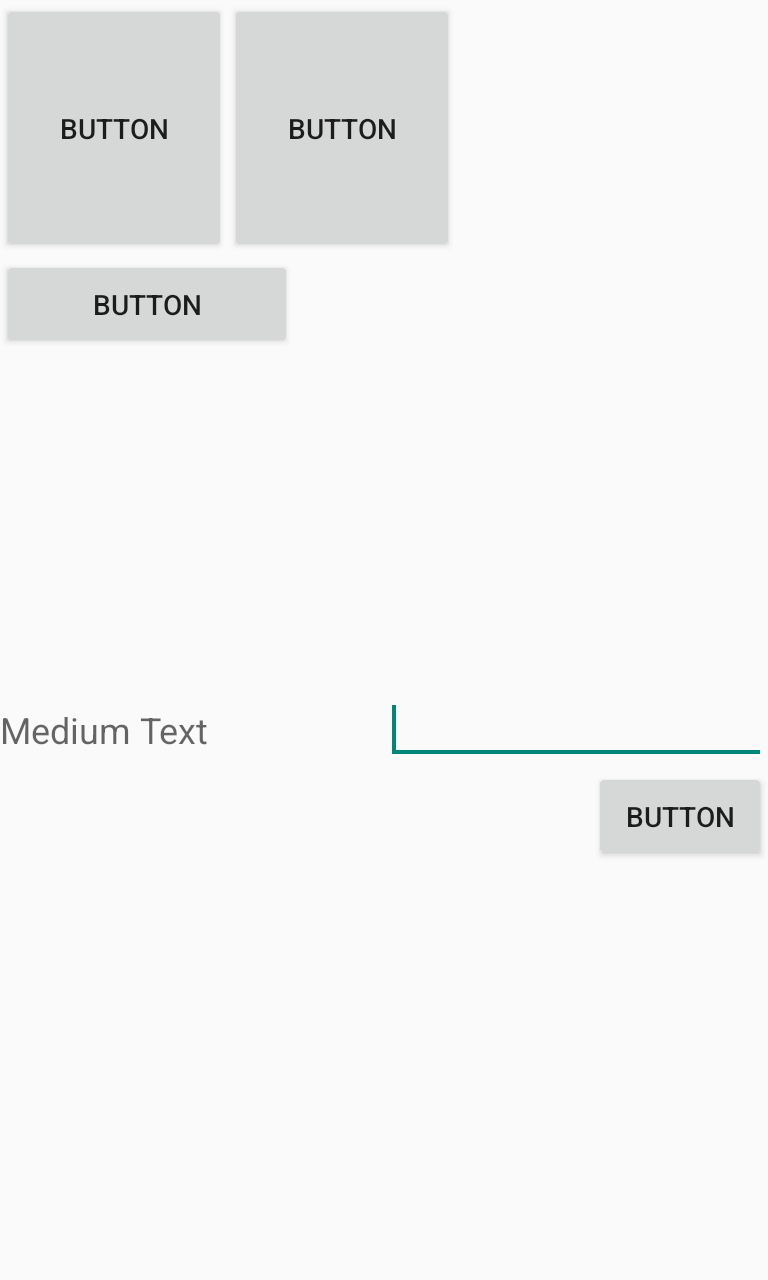
Repository: RibuRoyson/exercise
Layout: Excercise3/res/layout/linear5.xml
These files come from the project's save history. The layout is drawn as it stood at one moment and after the next save; the edit follows.
It is drawn on a 768 x 1280 px phone screen (xhdpi) without system bars, with theme AppTheme; the app's code is not run.

Above is the layout before, as saved 2015-02-10 10:46:07.

### Excercise3/res/layout/linear5.xml
<LinearLayout xmlns:android="http://schemas.android.com/apk/res/android"
    android:layout_width="fill_parent"
    android:layout_height="fill_parent"
    android:orientation="vertical"
    android:weightSum="5.0" >

    <LinearLayout
        android:layout_width="match_parent"
        android:layout_height="match_parent"
        android:layout_weight="1.0"
        android:weightSum="4.0">

        <Button
            android:id="@+id/button1"
            android:layout_width="wrap_content"
            android:layout_height="match_parent"
            android:layout_weight="0.5"
            android:text="Button" />

        <Button
            android:id="@+id/button2"
            android:layout_width="wrap_content"
            android:layout_height="match_parent"
            android:layout_weight="0.5"
            android:text="Button" />

    </LinearLayout>

    <LinearLayout
        android:layout_width="match_parent"
        android:layout_height="match_parent"
        android:layout_weight="1.0"
        android:weightSum="5.0">

        <Button
            android:id="@+id/button3"
            android:layout_width="wrap_content"
            android:layout_height="wrap_content"
            android:layout_weight="1.0"
            android:text="Button" />

    </LinearLayout>



        <LinearLayout
            android:layout_width="match_parent"
            android:layout_height="match_parent"
            android:orientation="horizontal"
            android:weightSum="2.0"
            android:layout_weight="1.0" >

            <TextView
                android:id="@+id/textView1"
                android:layout_width="match_parent"
                android:layout_height="wrap_content"
                android:text="Medium Text"
                android:layout_weight="1.0"
                android:layout_gravity="bottom"
                android:textAppearance="?android:attr/textAppearanceMedium" />

            <EditText
                android:id="@+id/editText1"
                android:layout_width="match_parent"
                android:layout_height="wrap_content"
                android:layout_weight="1.0"
                  android:layout_gravity="bottom"
                android:ems="10" >

                <requestFocus />
            </EditText>

        </LinearLayout>

        <LinearLayout
            android:layout_width="match_parent"
            android:layout_height="match_parent"
            android:layout_weight="1.0"
            android:orientation="vertical" >

            <Button
                android:id="@+id/button4"
                android:layout_width="wrap_content"
                android:layout_height="wrap_content"
                 android:text="Button"
               android:layout_gravity="right"/>

        </LinearLayout>

          <LinearLayout
            android:layout_width="match_parent"
            android:layout_height="match_parent"
            android:weightSum="1.0"
            android:layout_weight="1.0" >
        <View
            android:id="@+id/view1"
            android:layout_width="match_parent"
            android:layout_height="match_parent"
            android:layout_weight="1.0" />

  </LinearLayout>

</LinearLayout>

Loaded but not shown: Excercise3/res/values/styles.xml (common file); Excercise3/res/values-v11/styles.xml (common file); Excercise3/res/values-v14/styles.xml (common file)

After the next save:
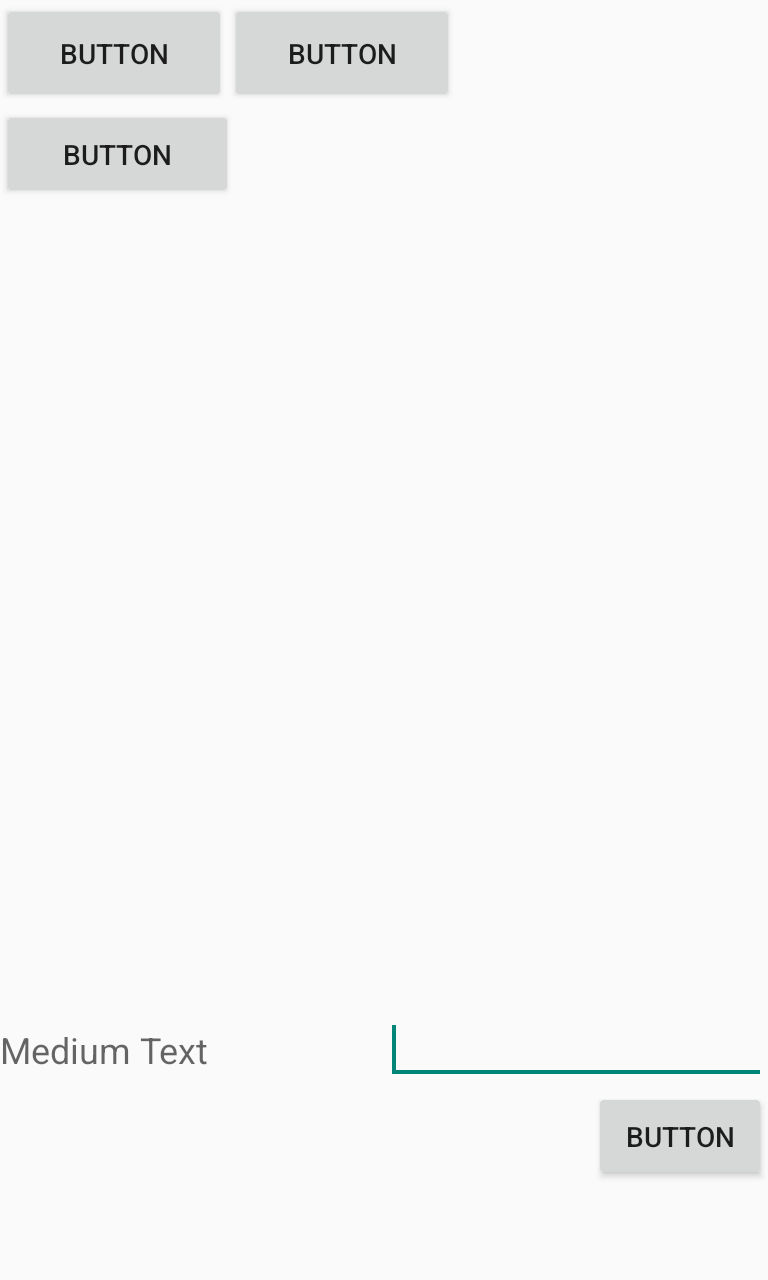
Saved 59 s later.
--- a/Excercise3/res/layout/linear5.xml
+++ b/Excercise3/res/layout/linear5.xml
@@ -6,9 +6,8 @@
 
     <LinearLayout
         android:layout_width="match_parent"
-        android:layout_height="match_parent"
-        android:layout_weight="1.0"
-        android:weightSum="4.0">
+        android:layout_height="53dp"
+        android:weightSum="4.0" >
 
         <Button
             android:id="@+id/button1"
@@ -36,7 +35,7 @@
             android:id="@+id/button3"
             android:layout_width="wrap_content"
             android:layout_height="wrap_content"
-            android:layout_weight="1.0"
+            android:layout_weight="0.5"
             android:text="Button" />
 
     </LinearLayout>
